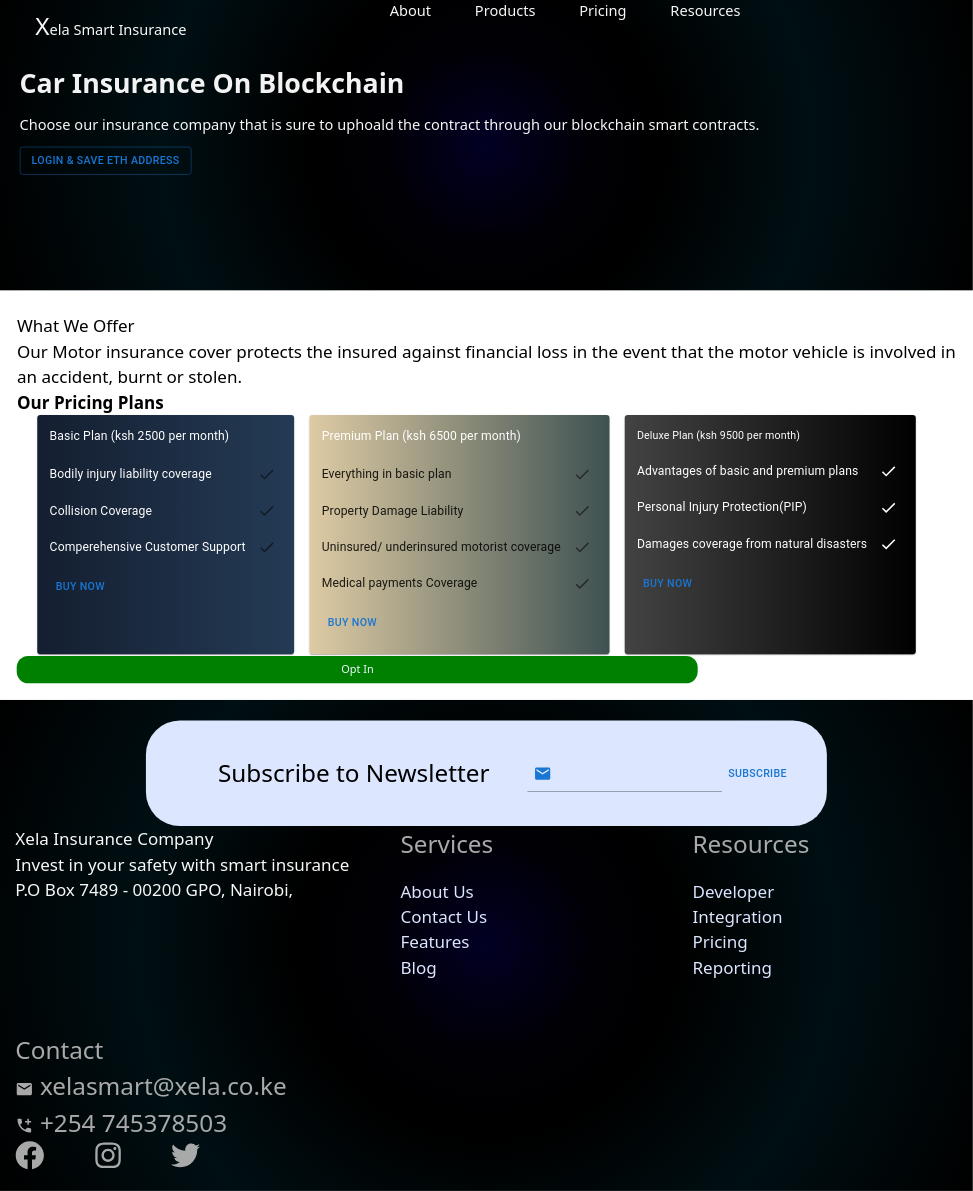
Repository: ALVIN-OBONYO/Xela-smart_insuarance
Page: / (app in frontend/)
These files come from the project's save history. The page is drawn as it stood at one moment and after the next save; the edit follows.
The browser window is 1280 px wide. The pictures show the whole page, at 76% of full size.
The project was rebuilt for these pictures with package versions that can differ from the ones it lists, and the page was loaded fresh each time. Also part of the build but not shown: frontend/src/Pages/Policies.jsx, frontend/src/Components/Calendar.css, frontend/src/Components/Calendar.jsx, frontend/src/Components/Input.js, frontend/src/Components/Upload.css, frontend/src/Components/Upload.js, frontend/src/Pages/ReportForm.jsx, frontend/src/Pages/Report.jsx and 2 more.

Above is the page before, as saved 2022-10-04 08:59:43.

### frontend/public/index.html
<!DOCTYPE html>
<html lang="en">
  <head>
    <meta charset="utf-8" />
    <link rel="icon" href="%PUBLIC_URL%/favicon.ico" />
    <meta name="viewport" content="width=device-width, initial-scale=1" />
    <meta name="theme-color" content="#000000" />
    <meta
      name="description"
      content="Web site created using create-react-app"
    />
    <link rel="apple-touch-icon" href="%PUBLIC_URL%/logo192.png" />
    <!--
      manifest.json provides metadata used when your web app is installed on a
      user's mobile device or desktop. See https://developers.google.com/web/fundamentals/web-app-manifest/
    -->
    <link rel="manifest" href="%PUBLIC_URL%/manifest.json" />
    <!--
      Notice the use of %PUBLIC_URL% in the tags above.
      It will be replaced with the URL of the `public` folder during the build.
      Only files inside the `public` folder can be referenced from the HTML.

      Unlike "/favicon.ico" or "favicon.ico", "%PUBLIC_URL%/favicon.ico" will
      work correctly both with client-side routing and a non-root public URL.
      Learn how to configure a non-root public URL by running `npm run build`.
    -->
    <title>React App</title>
  </head>
  <body>
    <noscript>You need to enable JavaScript to run this app.</noscript>
    <link
    href="https://unpkg.com/tailwindcss@^1.0/dist/tailwind.min.css"
    rel="stylesheet"
  />
  <script
    src="https://cdnjs.cloudflare.com/ajax/libs/web3/1.6.1/web3.min.js"
    integrity="sha512-5erpERW8MxcHDF7Xea9eBQPiRtxbse70pFcaHJuOhdEBQeAxGQjUwgJbuBDWve+xP/u5IoJbKjyJk50qCnMD7A=="
    crossorigin="anonymous"
    referrerpolicy="no-referrer"
  ></script>
    <div id="root"></div>
    <!--
      This HTML file is a template.
      If you open it directly in the browser, you will see an empty page.

      You can add webfonts, meta tags, or analytics to this file.
      The build step will place the bundled scripts into the <body> tag.

      To begin the development, run `npm start` or `yarn start`.
      To create a production bundle, use `npm run build` or `yarn build`.
    -->
  </body>
</html>

### frontend/src/index.js
import React from 'react';
import ReactDOM from 'react-dom/client';
import './index.css';
import App from './App';
import reportWebVitals from './reportWebVitals';
import { BrowserRouter } from 'react-router-dom';
const root = ReactDOM.createRoot(document.getElementById('root'));
root.render(
  <React.StrictMode>
     <BrowserRouter>
       <App />
    </BrowserRouter>
  </React.StrictMode>
);

// If you want to start measuring performance in your app, pass a function
// to log results (for example: reportWebVitals(console.log))
// or send to an analytics endpoint. Learn more: https://bit.ly/CRA-vitals
reportWebVitals();

### frontend/src/App.jsx
import './App.css';
import RoutePages from './Components/RoutePages';

function App() {
  return (
    <div className="App">
      <RoutePages/>
    </div>
  );
}

export default App;

### frontend/src/Components/RoutePages.jsx
import React from 'react'
import { Routes, Route} from 'react-router-dom'
import EntryPage from '../Pages/Entrypage'
import PolicyMaker from '../Pages/Policies'
import ReportForm from '../Pages/ReportForm'
import Report from '../Pages/Report'
import ReportInfo from '../Pages/ReportInfo'
import FormPagination from './FormPagination'
const RoutePages = () => {
    return (


   <Routes>

    <Route exact path="/" element={<EntryPage />} />
    <Route path="policy" element={<PolicyMaker />} />

    <Route path="report/2" element={<ReportForm/> } />
    <Route path="report/1" element={<ReportInfo />} />
    <Route path="report/*" element={<FormPagination />} />

   </Routes>


    )
}

export default RoutePages

### frontend/src/Pages/Entrypage.jsx
import React, {useState, useRef} from 'react'
import "../Components/Navbar.css"
import { FaTimes, FaBars, FaInstagram, FaTwitter, FaFacebook, } from 'react-icons/fa'
import { Link} from 'react-router-dom'
import { loginWithEth } from '../Services/LoginWithEth'
import { truncateAddress } from '../Services/TruncateAddress'
import Web3 from 'web3'
import { getContractSymbol } from '../Services/Contract'
import TextField from '@mui/material/TextField'
import Button from "@mui/material/Button"
import PlanCard from "../Components/Cards"
import EmailIcon from "@mui/icons-material/Email"
import { IconButton, InputAdornment } from '@mui/material'
import AddIcCallIcon from '@mui/icons-material/AddIcCall';

const Entrypage = () => {
        const [navButton, setNavButton] = useState(false)
        const [policy, setPolicy] = useState("")
        const switchNavState = () => setNavButton(!navButton)
        const buttonLogout = useRef(null)
        const yourAddress = useRef()
        window.userAddress = null



        window.onload = async () => {
            if (window.ethereum) {
                window.web3 = new Web3(window.ethereum)
            } else {
                alert("No ETH browser extension detected.")
            }
        }

        function showAddress() {
          if (!window.userAddress) {
            yourAddress.current.innerText = ""
            buttonLogout.current.classList.add("hidden")
             return false
        }

        yourAddress.innerText = `ETH Address: ${truncateAddress(window.userAddress)}`
        buttonLogout.classList.remove("hidden")
    }

         function logout() {
            window.userAddress = null
            window.localStorage.removeItem(buttonLogout)
            showAddress()
}

    return (
        <>
        <header>
        <nav id="my-nav">
        <h1 className='brand'><span className='X'>X</span>ela Smart Insurance</h1>
        <div className='toogleNav' onClick={switchNavState} >{navButton ?
        <div id="bars">

            <FaBars size="2.5em"/>
            </div> :
            <div className = "navflex">
            <div id="times">
                <FaTimes />
                </div>
            <h4>About</h4>
            <h4>Products</h4>
            <h4>Pricing</h4>
            <h4>Resources</h4>
            </div>

}
        </div>
        <div className='nav-section'>
            <h4>About</h4>
            <h4>Products</h4>
            <h4>Pricing</h4>
            <h4>Resources</h4>
        </div>
        </nav>
        <section className="top-descr" id='top'>
            <h1 id="top-h3">Car Insurance On Blockchain</h1>
            <p id="top-pg">Choose our insurance company that is sure to uphoald the contract through our blockchain smart contracts.</p>
            <div id="policy-sec">
                {/* <FormGroup row >
               <TextField
                variant="outlined"
                placeholder='Enter your policy number'
                sx={{
                    borderRadius: 0,
                    padding: 0
                }}
                />
                <Button variant="contained" sx={{
                    borderRadius: 0,
                    padding: "6px"
                }}>Verify</Button>
                    </FormGroup> */}

            <Button variant="outlined" onClick={loginWithEth}>Login & Save ETH Address
                </Button>
                <p id="userAddress" className="text-gray-600" ref={yourAddress}></p>
                <button id="logoutButton" onClick={logout} className="hidden text-blue-500 underline" ref={buttonLogout}>Logout</button>
                           </div>
        </section>
        </header>
        <div className='about-descr' id="descr">
            <h2>What We Offer</h2>
            <p>
            Our Motor insurance cover protects the insured against financial loss in the event that the motor vehicle is involved in an accident, burnt or stolen.</p>

            <p>


<b>Our Pricing Plans</b>
</p>
<PlanCard />
            <Link to="/policy"><button id="buy-policy" onClick={getContractSymbol}>Opt In</button></Link>
        </div>
        <div id="land-footer">
            <div className="news-mail">
                <h2>Subscribe to Newsletter</h2>

                     <TextField
                       variant="standard"
                       id='input-with-icon-textfield'
                       InputProps={{
                        startAdornment: (
                            <InputAdornment position="start">
                                <IconButton edge="end" color='primary'>
                                    <EmailIcon />
                                </IconButton>

                            </InputAdornment>
                        )
                       }}

                       />
                        <Button>Subscribe</Button>


            </div>
            <div className="footer-service">
            <div>
                <h2>Xela Insurance Company</h2>
                <p>Invest in your safety with smart insurance</p>
                <h4>P.O Box 7489 - 00200 GPO, Nairobi,</h4>
            </div>
            <div className='footer-sect'>
                <h2>Services</h2>
                <ul className='sect-bottom'>
                <li>About Us</li>
                <li>Contact Us</li>
                <li>Features</li>
                <li>Blog</li>
                </ul>
            </div>
            <div className='footer-sect'>
                <h2>Resources</h2>
                <ul className="sect-bottom">
                <li>Developer</li>
                <li>Integration</li>
                <li>Pricing</li>
                <li>Reporting</li>
                </ul>
            </div>
            <div className='footer-sect'>
                <h2>Contact</h2>
                <ul >
                <li><EmailIcon />   xelasmart@xela.co.ke</li>
                <li><AddIcCallIcon />   +254 745378503</li>
                <li>
                 <div id="social-icons">
                  <FaFacebook size="1.2em"/>
                  <FaInstagram size="1.2em"/>
                  <FaTwitter size="1.2em"/>

             </div>
                </li>

                </ul>
            </div>

        </div>
        </div>
        </>
    )
}

export default Entrypage

### frontend/src/Components/Navbar.css
nav {
    width: 100vw;
    display: flex;
    justify-content: flex-start;
    align-items: flex-start;
}

.brand {
    flex-grow: 1;
    text-align: start;
    padding-left: 2.9rem;
    margin-top: 0.6rem;
    font-size: 1.2rem;
}

.X {
    font-size: 2rem;

}
.nav-section {
    display: flex;
    flex-grow: 1;
    gap: 3em;
    font-size: 1.2rem;
    padding-right: 2em;
    justify-content: flex-start;
    align-items: center;
}
.top-descr  {
    margin-top: 0;
    padding: 1em;
    text-align: justify;
    font-size: 1.6rem;
    height: 45vh;

}


#descr {
    margin-top: 0.5rem;
    padding: 1em;
    text-align: justify;
    font-size: 1.4rem;

}

#top > h1 {
    font-size: 2.2rem;
    font-weight: 700;
    color: rgba(255, 255, 255, 0.952);
    margin-bottom: 0.4em;

}
header {
    background: rgb(2,0,36);
background: radial-gradient(circle, rgba(2,0,36,1) 0%, rgba(1,0,5,1) 20%, rgba(0,0,0,1) 35%, rgba(0,15,19,1) 64%, rgba(0,0,0,1) 100%);
    color: rgb(248, 248, 248);
}


#top-pg {

    font-size: 1.2rem;
    margin-bottom: 0.9rem;
}
#policy-sec {
    display: flex;
    gap: 0.8em;

}
input[type=text] {
    flex-grow: 1;
    height: 2.5em;
}
#btn-policy {
    background-color: rgb(0, 39, 90);
    flex-grow: 1;
    color: wheat;
    border: none;
    margin-top: 0.8em;
    border-radius: 5px;
    padding: 0.6rem;
    font-size: 1.4rem;
    font-weight: 500;

}
#buy-policy {
    width: 70vw;
    height: 2.5em;
    border: none;
    background-color: #008000;
    color:aliceblue;
    font-size: 0.9rem;
    border-radius: 15px;
}
#social-icons {
    display: flex;
    gap: 2em;
}
#land-footer {
    background: rgb(2,0,36);
    background: radial-gradient(circle, rgba(2,0,36,1) 0%, rgba(1,0,5,1) 20%, rgba(0,0,0,1) 35%, rgba(0,15,19,1) 64%, rgba(0,0,0,1) 100%);
    color: rgb(248, 248, 248);
    position: relative;
    padding: 1.2em  0.9em;
    font-size: 1.4rem;
    /* display: flex;
    justify-content: center;
    align-items: center; */
}

.news-mail {
    display: flex;
    background-color: rgb(220, 230, 255);
    color: rgb(0, 0, 0);
    flex-direction: row;
    flex-wrap: wrap;
    padding: 2em;
    max-width: 70vw;
    border-radius: 2em;
    margin: auto;

}

.news-mail > h2 {
    flex-grow: 1;
    font-size: 2rem;
}

.footer-service {
    display: flex;
    flex-direction: row;
    flex-wrap: wrap;
    gap: 3em;
    text-align: justify;
}

.footer-sect {
    font-size: 2rem;
    color:rgba(184, 184, 184, 0.918);
    flex-grow: 1;
}

.sect-bottom {
    margin-top: 1.3rem;
    font-size: 1.4rem;
    color:rgb(220, 230, 255)
}
.navflex {
    display: flex;
    flex-direction: column;
    justify-content: center;
    align-items: center;
    gap: 2em;
    background-color: rgba(19, 20, 27, 0.918);
    color: white;
    width: 100vw;
    height: 100vh;
    right: 0;
    top: 0;
    position: absolute;
    text-transform: uppercase;
    /* animation-name: ${navanim}; */
}
@media screen and (max-width: 600px){
   .nav-section {

      display: none;
   }

   .footer-service {
    flex-direction: column;
    justify-content: center;
    align-items: center;
   }

}

@media screen and (min-width: 600px){
    .toogleNav {
        display: none;
        padding: 1.3em;
    }
}

### frontend/src/Services/LoginWithEth.js
import { showAddress } from "./showAddress";
export async function loginWithEth() {
    if (window.web3) {
        try {
            const selectedAccount = await window.ethereum.request({
                method: "eth_requestAccounts"
            })
            .then((accounts) => accounts[0])
            .catch(() => {
                throw Error("No account selected!")
            })

          window.userAddress = selectedAccount;
          window.localStorage.setItem("userAddress", selectedAccount);
        //   showAddress()
        }
        catch (error) {
            console.error(error)
        }
    } else {
        alert("No ETH browser extension detected.");
    }
}

### frontend/src/Services/TruncateAddress.js
export function truncateAddress(address) {
    if (!address) {
        return "";
    }
    return `${address.substr(0, 5)}...${address.substr(
        address.length - 5,
        address.length
      )}`;
}

### frontend/src/Services/Contract.js
window.ABI = require('./contract-abi.json')
export async function getContractSymbol() {
    const CONTRACT_ADDRESS = "0x1A5b30a61CED9B4D9c209E7F1d2fbD38657f8EB1"

    const contract = new window.web3.eth.Contract(
        window.ABI,
        CONTRACT_ADDRESS
    )

    const symbol = await contract.methods.symbol().call({
        from: window.userAddress    })

    alert(`Contract ${CONTRACT_ADDRESS} Symbol: ${symbol}`);
}

### frontend/src/Components/Cards.jsx
import * as React from 'react'
import Box from '@mui/material/Box'
import Card from '@mui/material/Card'
import CardActions from '@mui/material/CardActions'
import CardContent from '@mui/material/CardContent'
import Button from '@mui/material/Button'
import Typography from '@mui/material/Typography'
import {MdDone} from 'react-icons/md'
import List from '@mui/material/List'
import ListItem from '@mui/material/ListItem'
import ListItemText from '@mui/material/ListItemText'
import  IconButton  from '@mui/material/IconButton'

const planValues = [
    {id: 1, text: "Bodily injury liability coverage"},
    {id: 2, text: "Collision Coverage"},
    {id: 3, text: "Comperehensive Customer Support"}

]

const premium = [
    {id: 1, text: "Everything in basic plan"},
    {id: 2, text: "Property Damage Liability"},
    {id: 3, text: "Uninsured/ underinsured motorist coverage"},
    {id: 3, text: "Medical payments Coverage"},
]

const deluxe = [
    {id: 1, text: "Advantages of basic and premium plans"},
    {id: 2, text: "Personal Injury Protection(PIP)"},
    {id: 3, text: "Damages coverage from natural disasters"},

]
const PlanCard = () => {
    return (
        <Box sx={{ display: "flex", mx: "1.2em", flexDirection: "row", flexWrap: "wrap", gap: "0.9em"}}>
        <Card sx={{background: 'linear-gradient(to right, #141e30, #243b55)', color: 'white'}}>
        <CardContent>
            <Typography sx={{ fontSize: 16}} color="text.primary             " gutterBottom>
                Basic Plan   (ksh 2500 per month)
            </Typography>
            <List sx={{ width: '100%'}}>
                {planValues.map((elem)=> (
                <ListItem key={elem.id} disableGutters secondaryAction={
                    <IconButton>
                        <MdDone />
                    </IconButton>
                }>
                <ListItemText primary={elem.text} />
                </ListItem>
                ))}
            </List>
            <Button>Buy Now</Button>
        </CardContent>
        </Card>
        <Card sx={{background: "linear-gradient(to right, #DECBA4, #3E5151)"}}>
        <CardContent>
            <Typography sx={{ fontSize: 16}} color="white" gutterBottom>
                Premium Plan   (ksh 6500 per month)
            </Typography>
            <List sx={{ width: '100%'}}>
                {premium.map((elem)=> (
                <ListItem key={elem.id} disableGutters secondaryAction={
                    <IconButton>
                        <MdDone />
                    </IconButton>
                }>
                <ListItemText primary={elem.text} />
                </ListItem>
                ))}
            </List>
            <Button>Buy Now</Button>
        </CardContent>
        </Card>
        <Card sx={{background: "linear-gradient(to right, #434343 0%, black 100%)", color: "white"}}>
        <CardContent>
            <Typography sx={{ fontSize: 14}} color="white" gutterBottom>
                Deluxe Plan   (ksh 9500 per month)
            </Typography>
            <List sx={{ width: '100%'}}>
                {deluxe.map((elem)=> (
                <ListItem key={elem.id} disableGutters secondaryAction={
                    <IconButton>
                        <MdDone color="white"/>
                    </IconButton>
                }>
                <ListItemText primary={elem.text} />
                </ListItem>
                ))}
            </List>
            <Button>Buy Now</Button>
        </CardContent>
        </Card>
        </Box>
    )
}

export default PlanCard

Loaded but not shown: frontend/src/index.css (common file); frontend/src/reportWebVitals.js (common file); frontend/src/App.css (common file); frontend/src/Services/contract-abi.json (501 lines, source omitted); frontend/src/Services/showAddress.js (no stored copy; drawn as an empty file)

After the next save:
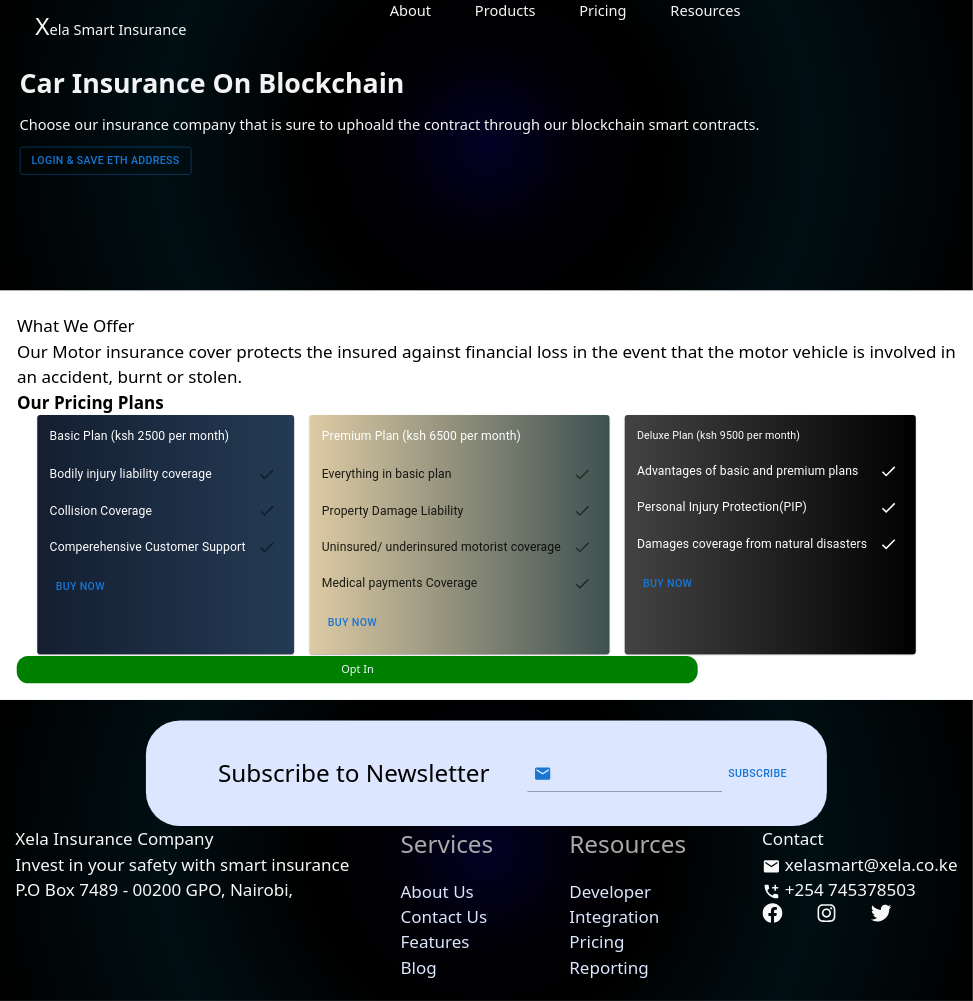
Saved 17 s later.
--- a/frontend/src/Pages/Entrypage.jsx
+++ b/frontend/src/Pages/Entrypage.jsx
@@ -163,7 +163,7 @@ const Entrypage = () => {
                 <li>Reporting</li>
                 </ul>
             </div>
-            <div className='footer-sect'>
+            <div>
                 <h2>Contact</h2>
                 <ul >
                 <li><EmailIcon />   xelasmart@xela.co.ke</li>
